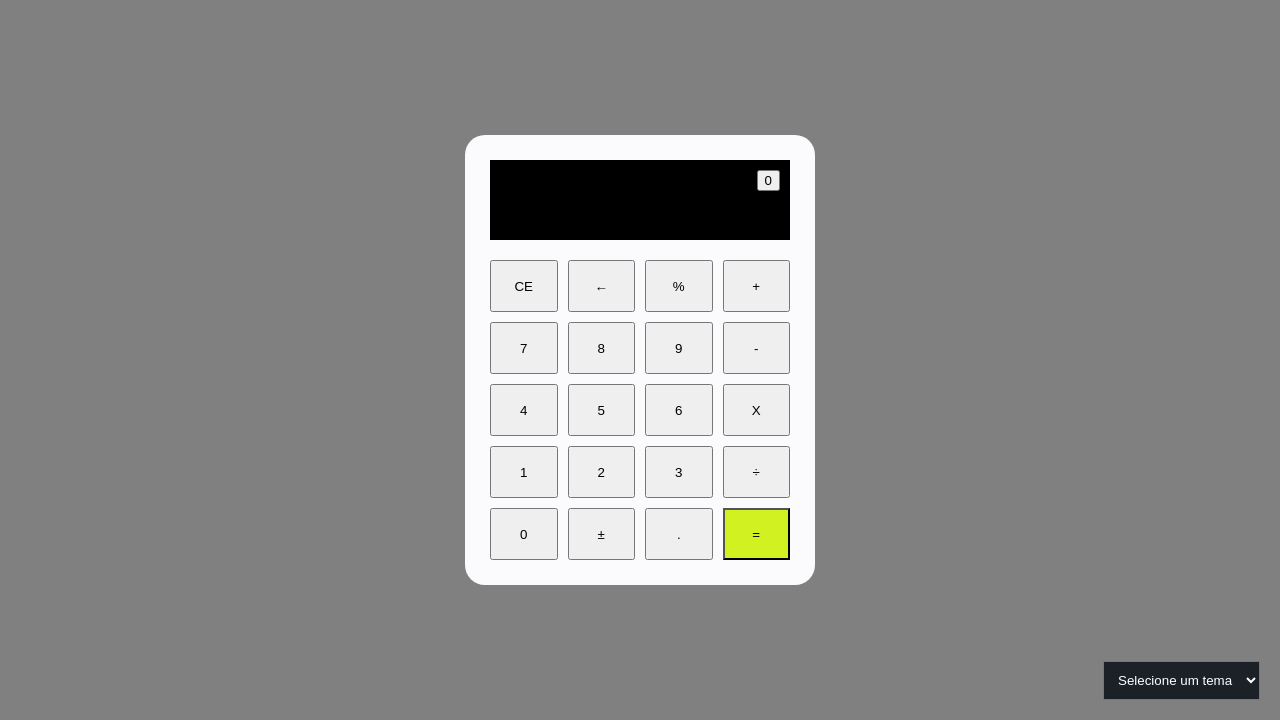
Repository: thislucasme/changing-theme-color-html-css-js
Page: index.html
The author's editor kept a copy of each file at every save. The page is drawn from the files as they stood at one save, then again after the next save.
The browser window is 1280 px wide. The pictures show the whole page.

Above is the page before, as saved 2022-06-29 16:20:07.

### index.html
<!DOCTYPE html>
<html lang="pt_BR">

<head>
    <meta charset="UTF-8">
    <meta http-equiv="X-UA-Compatible" content="IE=edge">
    <meta name="viewport" content="width=device-width, initial-scale=1.0">
    <title>Atividade 22 - Calculadora Javascript</title>
    <link href="css/estilo.css" rel="stylesheet"/>
</head>

<body>
    <div class="calculadora">
        <div class="painel" >
            <div class="operacao" ></div>
            <div class="resultado"></div>
            <button id="resultado" name="resultado">0</button>
        </div>

        <div class="botoes">
            <button class="botao" id="apagar" onclick="limpar(0)">CE</button>
            <button class="botao" id="apagar" onclick="apagarUltimo()">&#8592;</button>
            <button class="botao" id="porcentagem" onclick="porcentagem()">%</button>
            <button class="botao" id="soma" onclick="verificarSinal('+')">+</button>
            <button class="botao" id="sete" onclick="pegarNumero(7)">7</button>
            <button class="botao" id="oito" onclick="pegarNumero(8)">8</button>
            <button class="botao" id="nove" onclick="pegarNumero(9)">9</button>
            <button class="botao" id="subtrair" onclick="verificarSinal('-')">-</button>
            <button class="botao" id="quatro" onclick="pegarNumero(4)">4</button>
            <button class="botao" id="cinco" onclick="pegarNumero(5)">5</button>
            <button class="botao" id="seis" onclick="pegarNumero(6)">6</button>
            <button class="botao" id="multiplicar" onclick="verificarSinal('x')">X</button>
            <button class="botao" id="um" onclick="pegarNumero(1)">1</button>
            <button class="botao" id="dois" onclick="pegarNumero(2)">2</button>
            <button class="botao" id="3" onclick="pegarNumero(3)">3</button>
            <button class="botao" id="dividir" onclick="verificarSinal('/')">&#247;</button>
            <button class="botao" id="0" onclick="pegarNumero(0)">0</button>
            <button class="botao" id="mais/menos" onclick="mudarSinal()">&#177;</button>
            <button class="botao" id="virgula" onclick="colocarPonto()">.</button>
            <button class="botao" id="igual" onclick="darResultado()">=</button>
        </div>
    </div>
    <select name="tema" id="tema" >
        <option value="t">Selecione um tema</option>
        <option value="tema-1">Tema 1</option>
        <option value="tema-2">Tema 2</option>
        <option value="tema-3">Tema 3</option>
        <option value="tema-4">Tema 4</option>
        <option value="tema-5">Tema 5</option>
    </select>
</body>

<script src="js/script.js" ></script>

</html>

### css/estilo.css
body {
    background-color: grey;
}

html {
    margin: 0;
    padding: 0;
    height: 100vh;
    display: flex;
    justify-content: center;
    align-items: center;
}

.theme-light {
    --color-primary: #0060df;
    --color-secondary: #fbfbfe;
    --color-accent: #fd6f53;
    --font-color: #000000;
    --display-color: #000000;
    --cor-botao-igual: rgb(210, 241, 33);
}

.theme-dark {
    --color-primary: #17ed90;
    --color-secondary: #243133;
    --color-accent: #12cdea;
    --font-color: #ffffff;
    --display-color: #000000;
    --cor-botao-igual: rgb(238, 61, 61);
}

.calculadora {
    width: 300px;
    height: 400px;
    background-color: var(--color-secondary);
    border-radius: 20px;
    padding: 25px;
    display: flex;
    flex-direction: column;

}

#igual {
    background-color: var(--cor-botao-igual);
}



.painel {
    height: 80px;
    width: 100%;
    background-color: var(--display-color);
    margin-bottom: 20px;
    font-family: 'LCDMono2 Bold', monospace;
    color: rgba(0, 0, 0, 0.6);
    text-shadow: 4px 4px 3px rgb(0 0 0 / 30%);
    padding: 10px;
    box-sizing: border-box;
    text-align: right;
}


.botoes {

    display: grid;
    grid-template-columns: repeat(4, 1fr);
    grid-template-rows: repeat(5, 1fr);
    gap: 10px;
    flex: 1;
}

.botoes a {

    background-color: #666;
    text-decoration: none;
    color: black;
    text-align: center;
    font-size: 1.5em;
    display: flex;
    justify-content: center;
    align-items: center;
}

.btn-igual {
    grid-row-start: 4;
    grid-row-end: 6;
    grid-column-start: 4;

}

.btn-c {
    grid-column-start: 1;
    grid-column-end: 3;
}

.btn-0 {
    grid-column-start: 1;
    grid-column-end: 3;
}

#tema {
    background-color: rgb(28, 32, 39);
    color: white;
    padding: 10px;
    position: fixed;
    bottom: 20px;
    right: 20px;
}

#tema>option:hover {
    box-shadow: 0 0 10px 100px #a86218 inset;

}

.tema-1 {
    background-color: grey;
}

.tema-1 .botoes a {
    background-color: aquamarine;
    box-shadow: #666;
}

.tema-2 {
    background-color: red;
}

.tema-3 {
    background-color: azul;
}

.tema-4 {
    background-color: aquamarine;
}

@font-face {
    font-family: 'LCDMono2 Bold';
    font-style: normal;
    font-weight: normal;
    src: local('LCDMono2 Bold'), url('../fonts/LCDM2B__.woff') format('woff');
}

### js/script.js
const nmrTela = document.getElementById("resultado")
var valoresEspaco = '';
var valores = []
window.addEventListener("keydown", teclado);



function pegarNumero(numero) {
    if (nmrTela.innerHTML == "0") {
        nmrTela.innerHTML = numero
    }
    else {
        nmrTela.innerHTML += `${numero}`
    }
}

function verificarSinal(sinal) {
    if (valores.length <= 1) {
        valoresEspaco = nmrTela.innerHTML.split(' ')
        valores.push(parseFloat(nmrTela.innerHTML))
        nmrTela.innerHTML += ` ${sinal} `
        valores.push(sinal)
    }
}

function porcentagem() {
    var caracteres = nmrTela.innerHTML.split(' ')
    console.log(caracteres.length, caracteres)
    if (caracteres.length == 3) {
        var valorPorCento = parseFloat(caracteres[2]) / 100
        var caracteresValor2 = caracteres[2].split('')
        if (caracteresValor2.length != 0) {
            if (caracteresValor2[caracteresValor2.length - 1] != "%") {
                nmrTela.innerHTML += '%'
            }
            valores.push(valorPorCento)
        }
    }
}

function colocarPonto() {
    var caracteresDaConta = []
    var caracteresValor1 = []
    var caracteresValor2 = []
    caracteresDaConta.push(nmrTela.innerHTML.trim().split(' '))//separa entre valor 1, operação e valor2
    caracteresValor1.push(caracteresDaConta[0][0].split(''))//separa cada caractere do valor 1

    if (caracteresDaConta[0].length == 3) {
        caracteresValor2.push(caracteresDaConta[0][2].split(''))//se exister 3 posições, separa cada caractere do valor 2
        verificarSeExistePonto(caracteresValor2)
    }

    verificarSeExistePonto(caracteresValor1)

    function verificarSeExistePonto(caracteresValor) {
        for (let i in caracteresValor[0]) {
            if (caracteresValor[0][i] == '.') {
                var acumuladora = '.'
            }
        }

        if (!(acumuladora == '.')) {
            nmrTela.innerHTML += '.'
        }
    }
}

function mudarSinal() {
    const caracteresDaConta = nmrTela.innerHTML.trim().split(' ')
    let caracteresValor1 = caracteresDaConta[0].split('')
    let valor1 = ''
    let valor2 = ''

    if (caracteresDaConta.length == 3) {
        var caracteresValor2 = caracteresDaConta[2].split('')

        if (caracteresValor2[0] == '-') {
            caracteresValor2.shift()
            imprimirValor(caracteresValor2, valor2, caracteresDaConta)
        }
        else {
            caracteresValor2.unshift('-')
            imprimirValor(caracteresValor2, valor2, caracteresDaConta);
        }
    }

    if (valores.length == 0) {
        if (caracteresValor1[0] == "-") {
            caracteresValor1.shift()
            imprimirValor(caracteresValor1, valor1)
        }
        else {
            caracteresValor1.unshift('-')
            imprimirValor(caracteresValor1, valor1)
        }
    }

    function imprimirValor(caracteresValor, valorNumero, caracteresConta) {
        caracteresValor.forEach(valor => {
            valorNumero += valor;
        })
        if (caracteresConta != undefined) {
            nmrTela.innerHTML = `${caracteresConta[0]} ${caracteresConta[1]} ${valorNumero}`
        }
        else {
            nmrTela.innerHTML = valorNumero
        }
    }
}

function darResultado() {
    var resultado = 0
    var operacao = valores[1]
    if (operacao == '-') {
        tratarResultado('-')
    }
    else if (operacao == '+') {
        tratarResultado('+')
    }
    else if (operacao == 'x') {
        tratarResultado('*')
    }
    else if (operacao == '/') {
        tratarResultado('/')
    }
    valores.splice(0, 3)

    function tratarResultado(operacao) {
        valoresEspaco = nmrTela.innerHTML.split(' ')
        valores.push(valoresEspaco[2])
        switch (operacao) {
            case '-':
                resultado = parseFloat(valores[0]) - parseFloat(valores[2])
                limpar(resultado)
                break;
            case '+':
                resultado = parseFloat(valores[0]) + parseFloat(valores[2])
                limpar(resultado)
                break;
            case '*':
                resultado = parseFloat(valores[0]) * parseFloat(valores[2])
                limpar(resultado)
                break;
            case '/':
                resultado = parseFloat(valores[0]) / parseFloat(valores[2])
                limpar(resultado)
                break;
        }
    }
}

function limpar(valor) {
    valores.splice(0, 3)
    nmrTela.innerHTML = valor
}

function apagarUltimo() {
    var caracteres = nmrTela.innerHTML.trim().split('')
    var arrayCaracteresTela = ""
    caracteres.pop()
    for (let i in caracteres) { arrayCaracteresTela += caracteres[i] }
    if ((arrayCaracteresTela == []) || (arrayCaracteresTela == '-')) {
        nmrTela.innerHTML = 0
    }
    else {
        nmrTela.innerHTML = arrayCaracteresTela
    }

    if (caracteres.length == 0) {
        valores.pop()
        valores.pop()
    }
}

function teclado() {
    const numbers = '0123456789'
    const operadores = '+-/x'
    var tecla = event.key
    if (numbers.includes(tecla)) {
        pegarNumero(tecla)
    }
    else if (operadores.includes(tecla)) {
        verificarSinal(tecla)
    }
    else switch (tecla) {
        case '*':
            verificarSinal('x')
            break;
        case '%':
            porcentagem()
            break;
        case '.':
        case ',':
            colocarPonto();
            break;
        case '=':
        case 'Enter':
            darResultado();
            break;
        case 'Backspace':
            apagarUltimo()
            break;
        case 'Escape':
            limpar(0);
            break;
    }
}

const options = document.getElementById("tema");

options.addEventListener("change", function () {
    if (options.value) {
        if (options.value === "tema-1") {
            console.log("tema 1")
        }
        if (options.value === "tema-2") {
            document.getElementsByClassName("calculadora-dois").classList.remove("calculadora-dois");
            document.getElementsByClassName("calculadora-dois").classList.add("calculadora");
        }
        if (options.value === "tema-3") {
            console.log("tema 3")
        }
        if (options.value === "tema-4") {
            console.log("tema 4")
        }
    }
});
function setTheme(themeName) {
    // localStorage.setItem('theme', themeName);
    document.documentElement.className = themeName;
}
setTheme('theme-light');

After the next save:
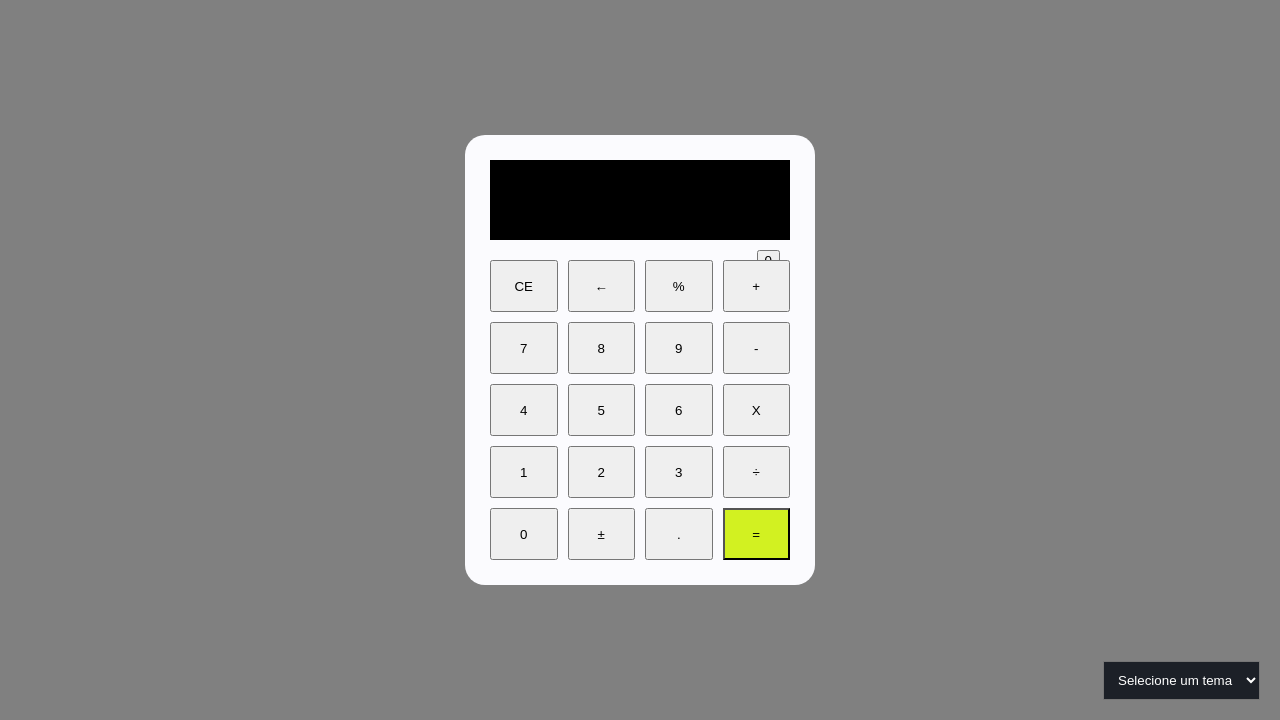
Saved 36 s later.
--- a/css/estilo.css
+++ b/css/estilo.css
@@ -59,6 +59,10 @@
     text-align: right;
 }
 
+.resultado {
+    height: 80px;
+    width: 100%;
+}
 
 .botoes {
 

After the save that followed:
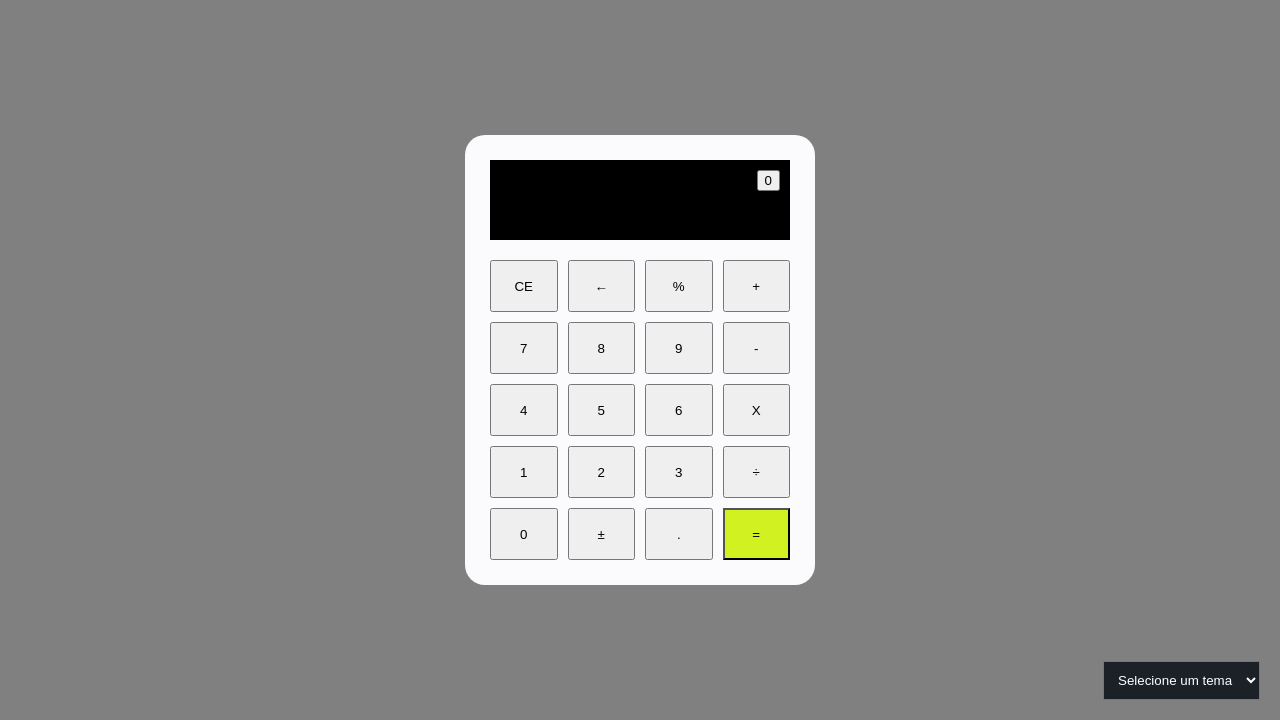
Saved 12 s later.
--- a/css/estilo.css
+++ b/css/estilo.css
@@ -60,7 +60,7 @@
 }
 
 .resultado {
-    height: 80px;
+
     width: 100%;
 }
 
